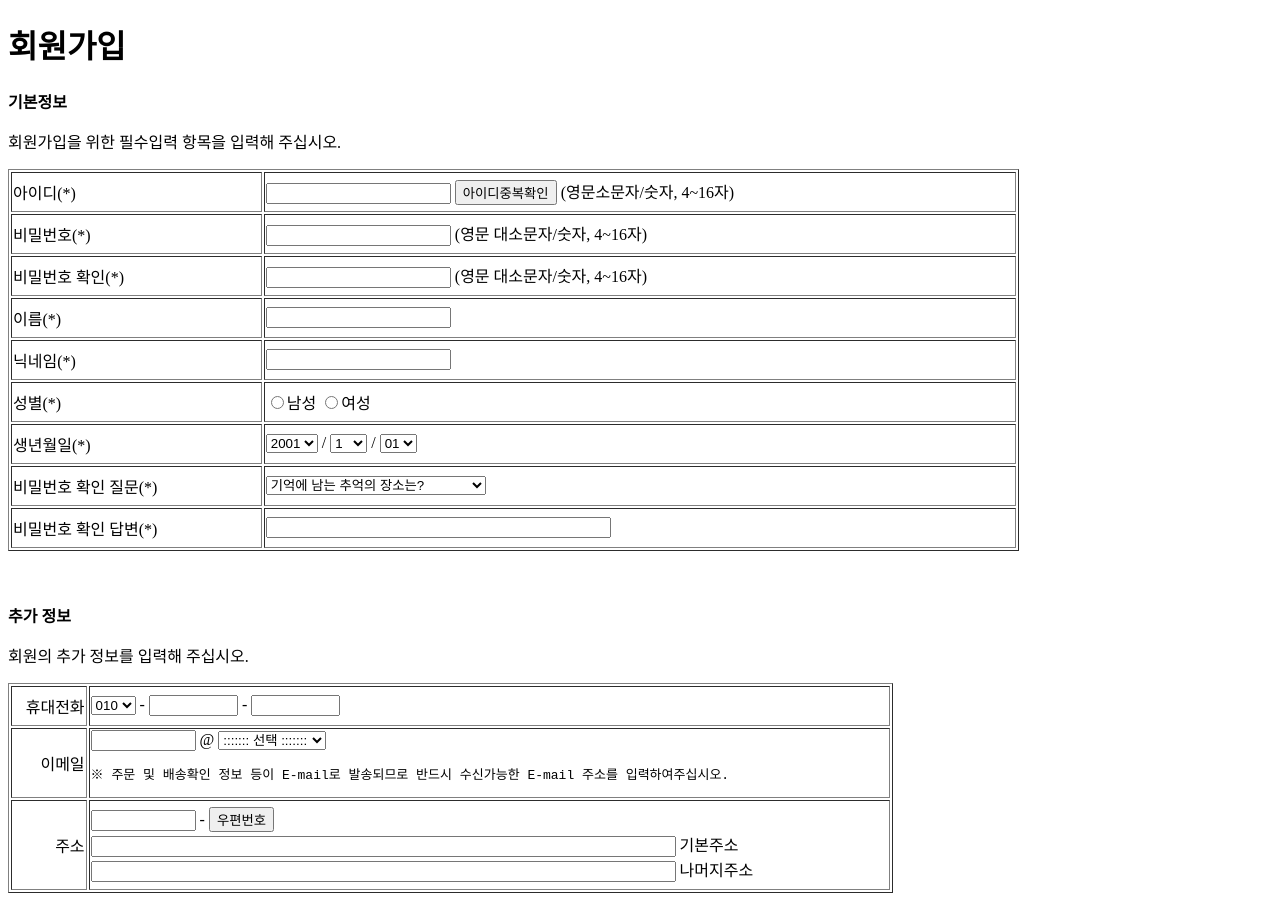
Repository: Leewonhoo/kostaweb
Page: http://localhost/FirstProject/Register.jsp
The author's editor kept a copy of each file at every save. The page is drawn from the files as they stood at one save, then again after the next save.
The browser window is 1280 px wide. The pictures show the whole page.
The page is served by Tomcat 9. Other server files are loaded and not shown.

Above is the page before, as saved 2017-09-14 02:29:01.

### FirstProject/WebContent/Register.jsp
<%@ page language="java" contentType="text/html; charset=EUC-KR"
    pageEncoding="EUC-KR"%>
<!DOCTYPE html PUBLIC "-//W3C//DTD HTML 4.01 Transitional//EN" "http://www.w3.org/TR/html4/loose.dtd">
<html>
<head>
<meta http-equiv="Content-Type" content="text/html; charset=EUC-KR">
<title>Insert title here</title>
</head>
<body>
	<h1>회원가입</h1>
	<p><b>기본정보</b></p>
	<p>회원가입을 위한 필수입력 항목을 입력해 주십시오.</p>
	<table border="1" width="80%">
		<tr height="40px">
			<td width="25%">아이디(*)</td>
			<td width="800px"><input type="text" size="20">
				<input type="button" value="아이디중복확인"> (영문소문자/숫자, 4~16자)</td>
		</tr>
		<tr height="40px">
			<td>비밀번호(*)</td>
			<td width="800px">
				<input type="password" size="20"> (영문 대소문자/숫자, 4~16자)</td>
		</tr>
		<tr height="40px">
			<td>비밀번호 확인(*)</td>
			<td width="800px">
				<input type="password" size="20"> (영문 대소문자/숫자, 4~16자)</td>
		</tr>
		<tr height="40px">
			<td>이름(*)</td>
			<td width="800px"><input type="text" size="20"></td>
		</tr>
		<tr height="40px">
			<td>닉네임(*)</td>
			<td width="800px"><input type="text" size="20"></td>
		</tr>
		<tr height="40px">
			<td>성별(*)</td>
			<td width="800px">
				<input type="radio" name="gender" value="남성">남성
				<input type="radio" name="gender" value="여성">여성</td>
		</tr>
		<tr height="40px">
			<td>생년월일(*)</td>
			<td width="800px">
				<select name="year">
					<option>2001</option>
					<option>2000</option>
					<option>1999</option>
					<option>1998</option>
					<option>1997</option>
					<option>1996</option>
					<option>1995</option>
					<option>1994</option>
					<option>1993</option>
					<option>1992</option>
					<option>1991</option>
					<option>1990</option>
					<option>1989</option>
					<option>1988</option>
					<option>1987</option>
					<option>1986</option>
					<option>1985</option>
					<option>1984</option>
					<option>1983</option>
					<option>1982</option>
					<option>1981</option>
					<option>1980</option>
					<option>1979</option>
					<option>1978</option>
					<option>1977</option>
					<option>1976</option>
					<option>1975</option>
					<option>1974</option>
					<option>1973</option>
					<option>1972</option>
					<option>1971</option>
					<option>1970</option>
				</select>
			 / <select name="month">
					<option>1</option>
					<option>2</option>
					<option>3</option>
					<option>4</option>
					<option>5</option>
					<option>6</option>
					<option>7</option>
					<option>8</option>
					<option>9</option>
					<option>10</option>
					<option>11</option>
					<option>12</option>
				</select>
			 / <select name="day">
					<option>01</option>
					<option>02</option>
					<option>03</option>
					<option>04</option>
					<option>05</option>
					<option>06</option>
					<option>07</option>
					<option>08</option>
					<option>09</option>
					<option>10</option>
					<option>11</option>
					<option>12</option>
					<option>13</option>
					<option>14</option>
					<option>15</option>
					<option>16</option>
					<option>17</option>
					<option>18</option>
					<option>19</option>
					<option>20</option>
					<option>21</option>
					<option>22</option>
					<option>23</option>
					<option>24</option>
					<option>25</option>
					<option>26</option>
					<option>27</option>
					<option>28</option>
					<option>29</option>
					<option>30</option>
					<option>31</option>
				</select>
			</td>
		</tr>
		<tr height="40px">
			<td>비밀번호 확인 질문(*)</td>
			<td width="800px">
				<select name="confirmQuestion">
					<option value="1">기억에 남는 추억의 장소는?</option>
					<option value="2">존경하는 인물은?</option>
					<option value="3">좋아하는 물건은?</option>
					<option value="4">좋아하는 글귀는?</option>
					<option value="5">하고싶지 않은일 할 때 하는 표정은?</option>
				</select>
			</td>
		</tr>
		<tr height="40px">
			<td>비밀번호 확인 답변(*)</td>
			<td width="800px"><input type="text" size="40"></td>
		</tr>
	</table>

	<br><br>
	<p><b>추가 정보</b></p>
	<p>회원의 추가 정보를 입력해 주십시오.</p>
	<table border="1" width="70%">  <!-- left margin 추가 -->
		<tr height="40px">
			<td align="right">휴대전화</td>
			<td>
				<select name="number">
					<option>010</option>
					<option>011</option>
					<option>070</option>
			</select>
			 - <input type="text" size="8">
			 - <input type="text" size="8">
			</td>
		</tr>
		<tr height="70px">
			<td align="right">이메일</td>
			<td><input type="text" size="10">
			 @ <select name="domain">
					<option>::::::: 선택 :::::::</option>
					<option>chol.com</option>
					<option>daum.net</option>
					<option>dreamwiz.com</option>
					<option>empal.com</option>
					<option>gmail.com</option>
					<option>hanmail.net</option>
					<option>hanmir.com</option>
					<option>hanafos.com</option>
					<option>hotmail.com</option>
					<option>lycos.co.kr</option>
					<option>nate.com</option>
					<option>naver.com</option>
					<option>paran.com</option>
					<option>yahoo.co.kr</option>
					<option>직접입력</option>
			</select>
			<pre>※ 주문 및 배송확인 정보 등이 E-mail로 발송되므로 반드시 수신가능한 E-mail 주소를 입력하여주십시오.</pre>
			</td>
		</tr>
		<tr height="90px">
			<td align="right">주소</td>
			<td><input type="text" size="10">
			 - <input type="button" value="우편번호"><br>
			 <input type="text"	size="70"> 기본주소<br>
			 <input type="text" size="70"> 나머지주소</td>
		</tr>
	</table>
</body>
</html>

After the next save:
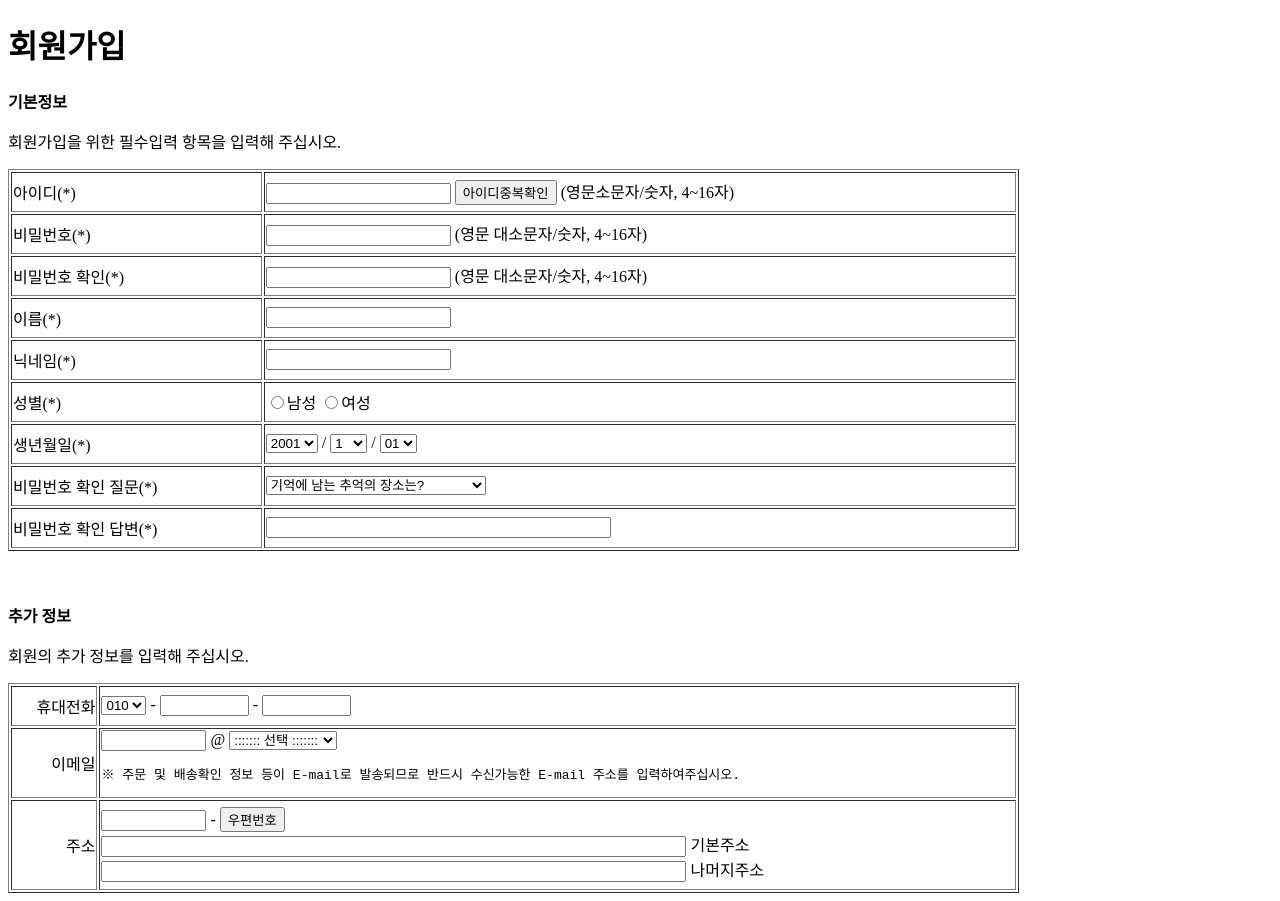
Saved 24 s later.
--- a/FirstProject/WebContent/Register.jsp
+++ b/FirstProject/WebContent/Register.jsp
@@ -147,7 +147,7 @@
 	<br><br>
 	<p><b>추가 정보</b></p>
 	<p>회원의 추가 정보를 입력해 주십시오.</p>
-	<table border="1" width="70%">  <!-- left margin 추가 -->
+	<table border="1" width="80%">  <!-- left margin 추가 -->
 		<tr height="40px">
 			<td align="right">휴대전화</td>
 			<td>
